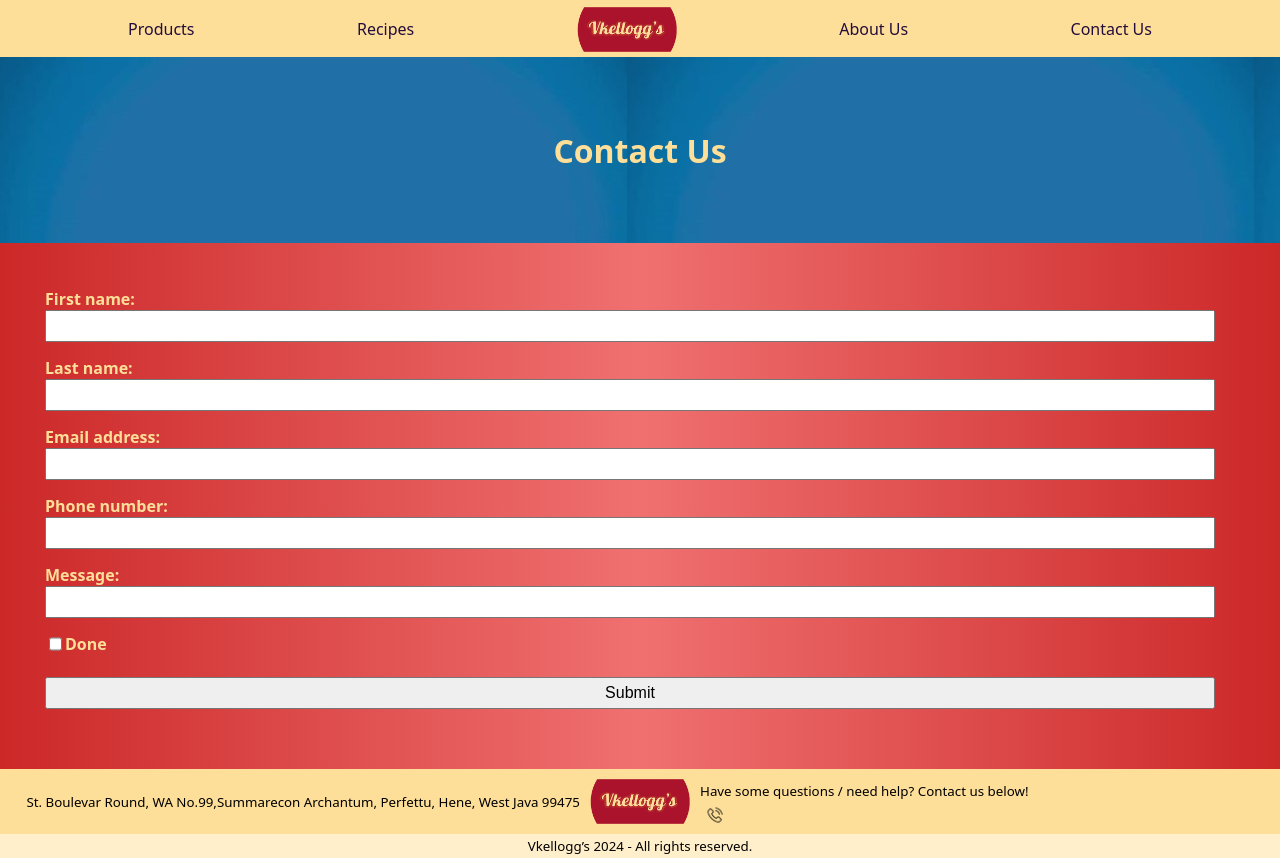
Repository: sugralld/VKelloggs
Page: Code and Assets/html/contactus.html
An editor plug-in stored every save of this project. The page is shown before and after the next save, followed by the edit.
The browser window is 1280 px wide. The pictures show the whole page.

Above is the page before, as saved 2024-12-03 21:16:52.

### Code and Assets/html/contactus.html
<!DOCTYPE html>
<html lang="en">
<head>
    <meta charset="UTF-8">
    <meta name="viewport" content="width=device-width, initial-scale=1.0">
    <title>Contact Us | Vkellogg's</title>
    <link rel="stylesheet" href="../css/headerfooternavbar.css">
    <link rel="stylesheet" href="../css/contactus.css">
</head>
<body>
    <!-- header navigation -->
    <header>
        <nav>
            <div class="navbar-menu">
                <div><a class="navbar-link1" href="../html/products.html">Products</a></div>
                <div><a class="navbar-link2" href="../html/recipes.html">Recipes</a></div>
                <div class="navbar-link3"><a href="../html/homepage.html"><img src="../asset/Screenshot 2024-05-30 105858.png" width="100" height="45" alt=""></a></div>
                <div><a class="navbar-link4" href="../html/aboutus.html">About Us</a></div>
                <div><a class="navbar-link5" href="../html/contactus.html">Contact Us</a></div>
            </div>
        </nav>
    </header>

    <!-- Header Contact Us -->
    <div class="header">
        <h1>Contact Us</h1>
    </div>

    <!-- Form Contact Us -->
     <div class="form">
        <form action="" method = "post">
            <label for="firstname">First name: </label>
            <input type="text" name="firstname" id="firstname">
            <br>

            <label for="lastname">Last name: </label>
            <input type="text" name="lastname" id="lastname">
            <br>

            <label for="email">Email address: </label>
            <input type="text" name="email" id="email">
            <br>

            <label for="phonenum">Phone number: </label>
            <input type="text" name="phonenum" id="phonenum">
            <br>

            <label for="message">Message: </label>
            <input type="text" name="message" id="message">
            <br>
            <div class="checkbox-container">
                <input type="checkbox" name="agreement" id="agreement">
                <label for="agreement">Done</label>
            </div>
            <br>

            <button type="button" onclick="validateData()">Submit</button>
        </form>
        <script src="../js/contactus.js"></script>
     </div>

     <!-- Footer -->
    <footer class="footer">
        <div class="upperfooter">
            <div class="footert1"><p>St. Boulevar Round, WA No.99,Summarecon Archantum, Perfettu, Hene, West Java 99475</p></div>
            <div class="footert2"><img src="../asset/Screenshot 2024-05-30 105858.png" width="100" height="45" alt=""></div>
            <div class="footert3">
                <p class="footert4">Have some questions / need help? Contact us below!</p>
                <a href="../html/contactus.html"><img src="../asset/image-removebg-preview (27).png" width="30" height="auto" alt=""></a>
            </div>
        </div>
        <div class="lowerfooter">
            <p class="textlowerfooter">Vkellogg’s 2024  -  All rights reserved.
            </p>
        </div>
     </footer>

</body>
</html>

### Code and Assets/css/headerfooternavbar.css
body {
    margin: 0;
    font-family: system-ui;
}

.navbar-menu{
    display: flex;
    justify-content: space-between;
    align-items: center;
    padding: 0px 10%;
    background-color: #FEDF99;
}

a:hover{
    background-color: #F5F5F5;
    border-radius: 30px;
    color: #CC2828;
}

.navbar-link1,.navbar-link2,.navbar-link4,.navbar-link5{
    font-family: system-ui;
    font-weight: 500;
    text-decoration: none;
    color: #230D3B;
}

.navbar-link3{
    display: block;
    margin-top: 0.7%;
    margin-bottom: 0px;
}

.footer{
    position: bot;
}

.upperfooter{
    display: flex;
    background-color: #FEDF99;
    justify-content: center;
    align-items: center;
}

.footert1,.footert3{
    padding: 0px 10px;
    display: block;
    width: 1200px;
    font-size: smaller;
}

.footert1{
    text-align: right;
}

.footert3{
    text-align: left;
}

.footert2{
    margin-top: 4px;
}

.lowerfooter{
    background-color: #FFEFCB;
    padding: 0;
    margin: 0px;
}

.textlowerfooter{
    margin: 0;
    padding: 3px;
    font-size: smaller;
    text-align: center;
}

.footert4{
    margin-bottom: 0;
}

### Code and Assets/css/contactus.css
.header{
    background-image: url(../asset/copydesktop-wallpaper-kellogg-s-frosted-flakes-breakfast-cereal-original-33-5-oz-box.jpg);
    display: block;
    padding: 50px;
    text-align: center;
    color: #FEDF99;
}

.form{
    background: linear-gradient(0.25turn,#CC2828,#F07070,#CC2828);
    padding: 45px;
    font-weight: bold;
    color: #FEDF99;
}

.form label{
    display: block;
}

.form input[type="text"],
.form button {
    width: calc(100% - 20px);
    max-width: 100%; /* Mencegah input melampaui layar */
    margin: 0 auto 15px; /* Jarak antar elemen */
    padding: 5px; /* Tambahkan padding untuk kenyamanan pengguna */
    box-sizing: border-box; /* Termasuk padding dalam perhitungan lebar */
    font-family: Arial, sans-serif; /* Ubah font */
    font-size: 16px;
}

.form .checkbox-container{
    display: flex;
}

.form .button{
    color: yellowgreen;
}

### Code and Assets/js/contactus.js
function wordLen(str) {
    const value = str.trim().split(/\s+/);
    return value.length;
}

function checkAlphaNum(password){
    var isAlpha = false;
    var isNum = false;
    for(let i=0; i<password.length; i++){
        if(isNaN(password[i])){
            isAlpha = true;
        }
        else{
            isNum = true;
        }

        if(isAlpha || isNum){
            return true;
        }
    }
    return false;
}


function validateData(){
    var firstname = document.getElementById("firstname");
    var lastname = document.getElementById("lastname");
    var email = document.getElementById("email");
    var phonenum = document.getElementById("phonenum");
    var message = document.getElementById("message");
    var agreement = document.getElementById("agreement");

    if(!checkAlphaNum(firstname.value)){
        alert("First name must be alphabet!");
    }
    else if(!checkAlphaNum(lastname.value)){
        alert("Last name must be alphabet!");
    }
    else if(!email.value.endsWith("@gmail.com")){
        alert("Email must end with '@gmail.com'!");
    }
    else if(!checkAlphaNum(phonenum.value)){
        alert("Phone number must be numeric!");
    }
    else if(wordLen(message.value)<5){
        alert("Message must be at least 5 words!");
    }
    else if(!agreement.checked){
        alert("'Done' checkbox must be checked!");
    }
    else{
        alert("Message Submitted.");
    }

}

After the next save:
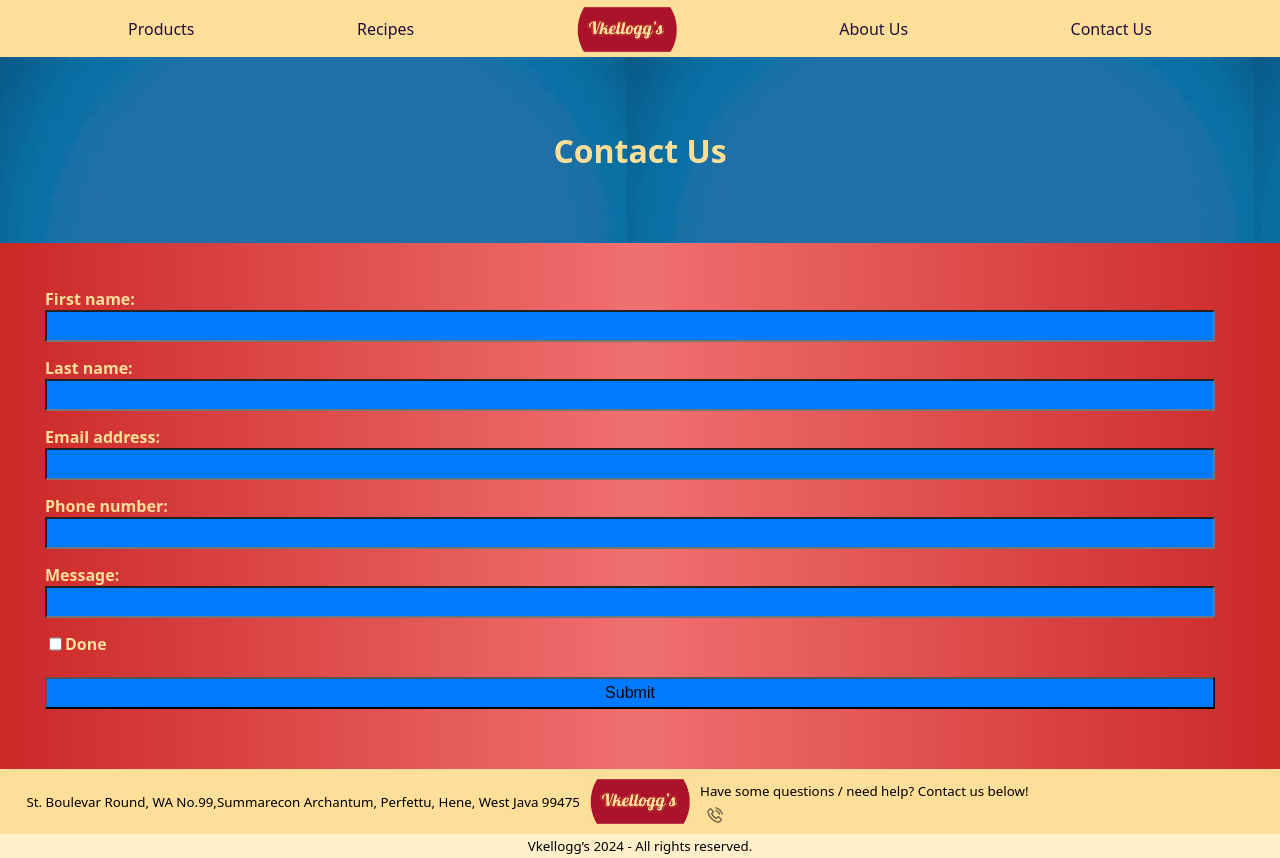
Saved 41 s later.
--- a/Code and Assets/css/contactus.css
+++ b/Code and Assets/css/contactus.css
@@ -26,6 +26,7 @@
     box-sizing: border-box; /* Termasuk padding dalam perhitungan lebar */
     font-family: Arial, sans-serif; /* Ubah font */
     font-size: 16px;
+    background-color: #007bff;
 }
 
 .form .checkbox-container{

After the save that followed:
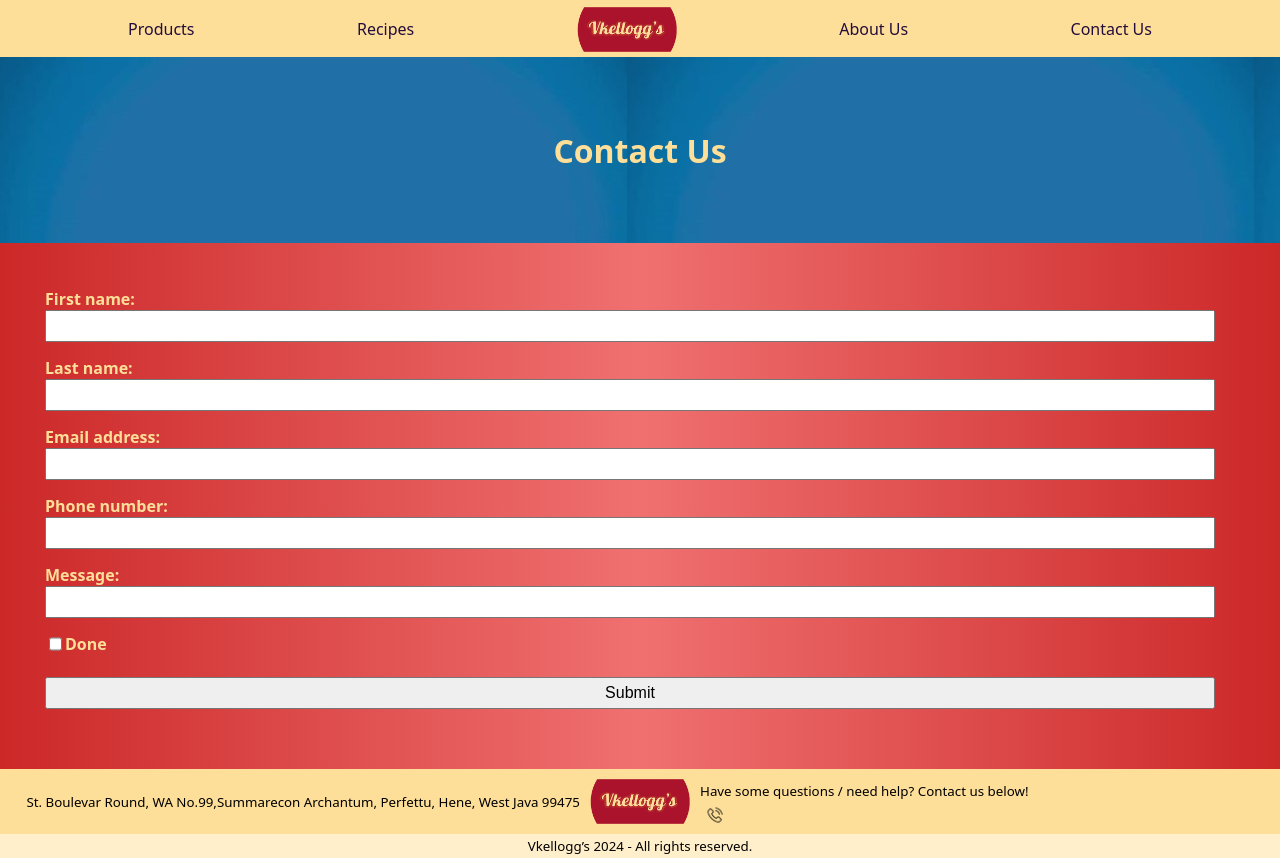
Saved 14 s later.
--- a/Code and Assets/css/contactus.css
+++ b/Code and Assets/css/contactus.css
@@ -26,7 +26,6 @@
     box-sizing: border-box; /* Termasuk padding dalam perhitungan lebar */
     font-family: Arial, sans-serif; /* Ubah font */
     font-size: 16px;
-    background-color: #007bff;
 }
 
 .form .checkbox-container{
